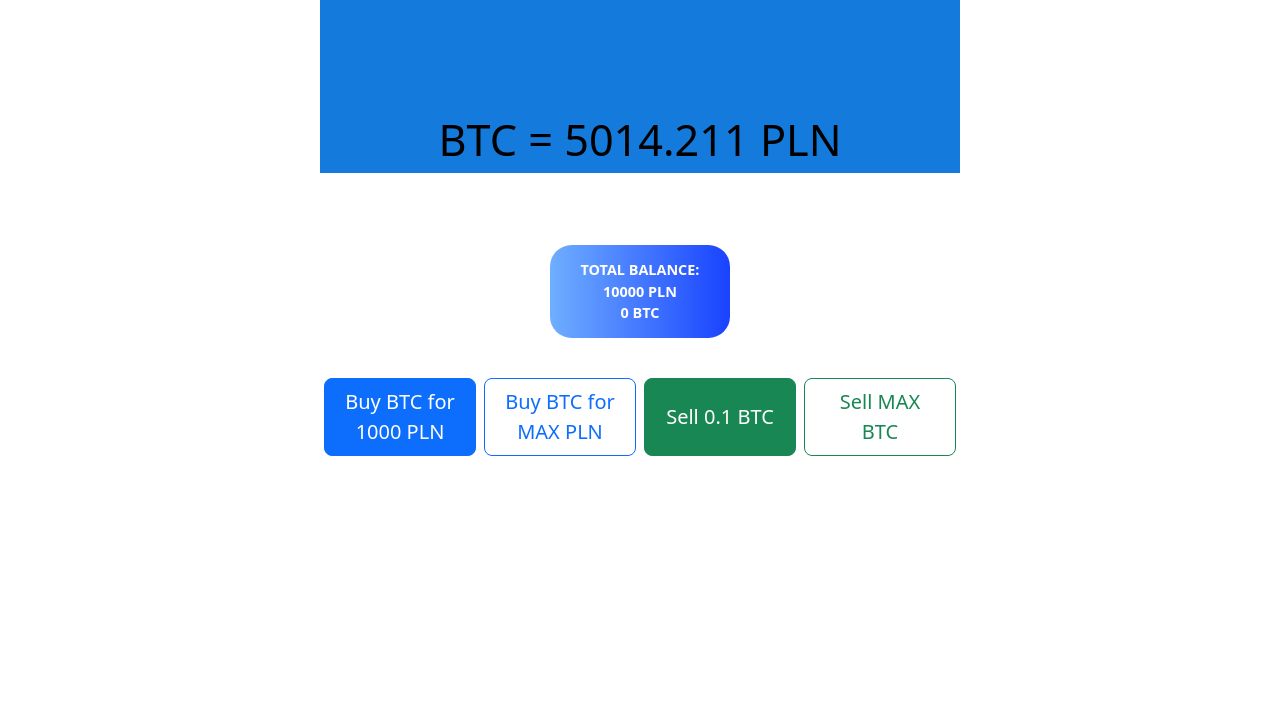
Repository: michalgornicki/bitcoin-virtual
Page: /
The author's editor kept a copy of each file at every save. The page is drawn from the files as they stood at one save, then again after the next save.
The browser window is 1280 px wide. The pictures show the whole page.
The project was rebuilt for these pictures with package versions that can differ from the ones it lists, and the page was loaded fresh each time.

Above is the page before, as saved 2021-12-05 22:53:58.

After the next save:
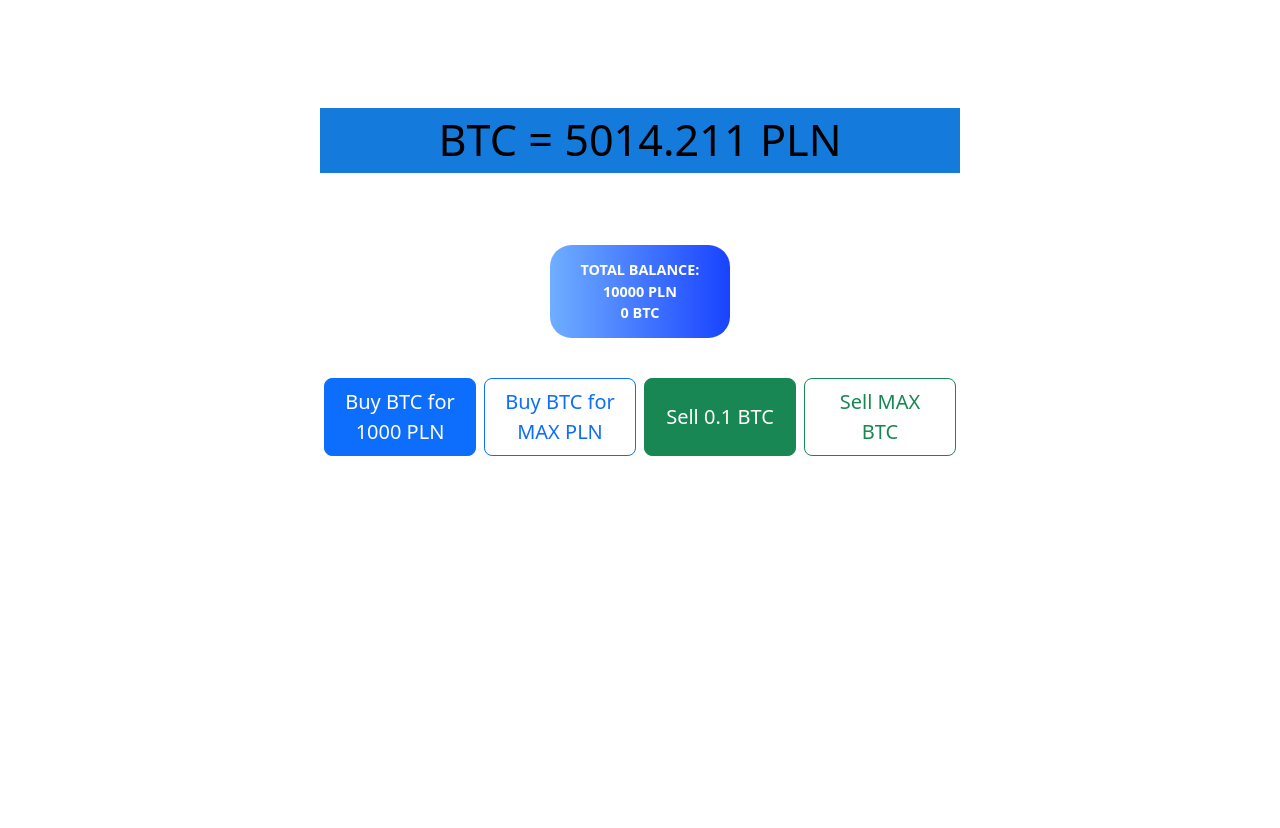
Saved 9 s later.
--- a/src/App.css
+++ b/src/App.css
@@ -14,7 +14,7 @@ body{
     font-size: 6vmin;
     display: block;
     margin: auto;
-    padding-top: 15vmin;
+    margin-top: 15vmin;
     text-align: center;
     width: 50%;
     color: rgb(0, 0, 0);
